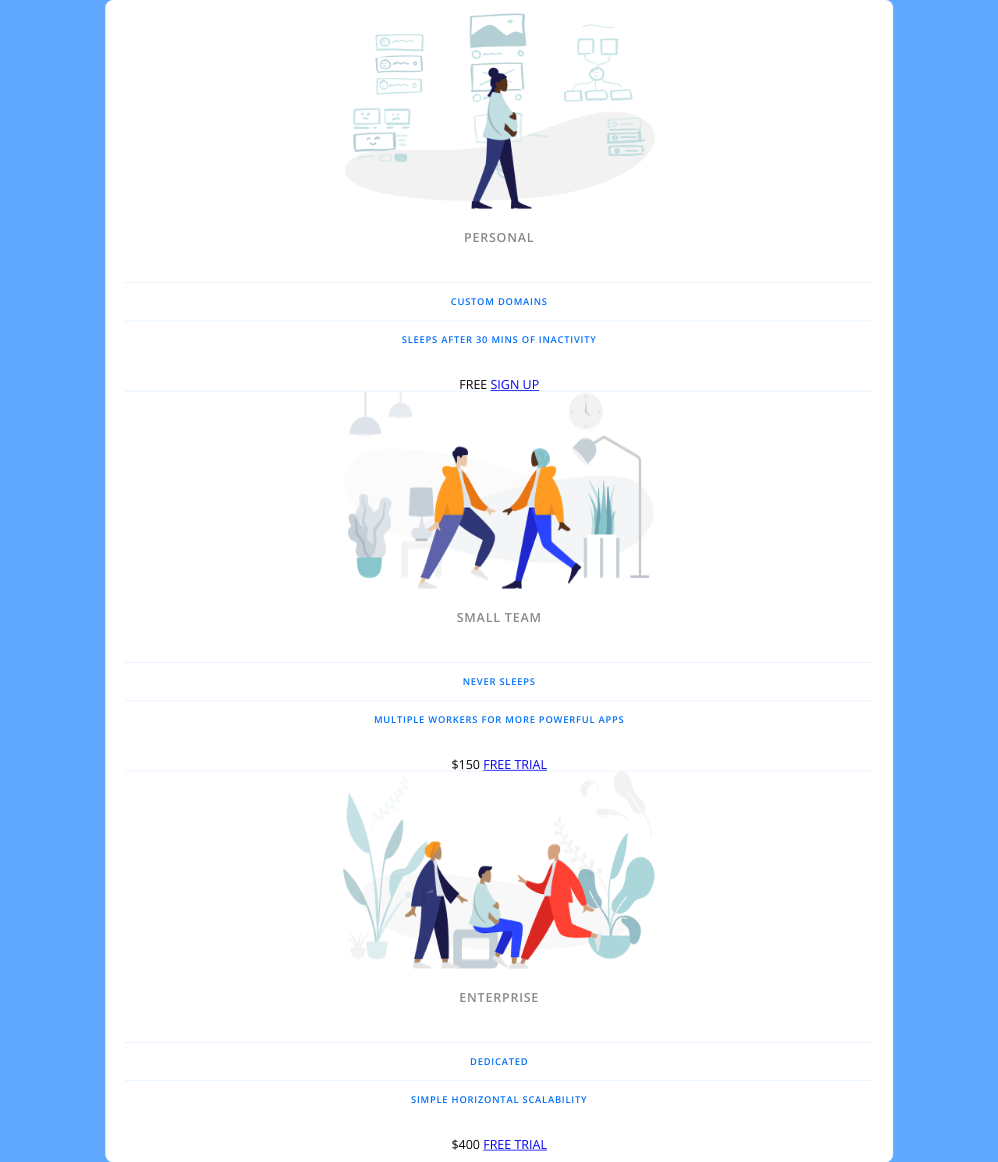
Repository: patrik-fredlund/pricing_panel_udemy
Page: PriceTableStarter/index.html
The author's editor kept a copy of each file at every save. The page is drawn from the files as they stood at one save, then again after the next save.
The browser window is 1280 px wide. The pictures show the whole page, at 78% of full size.

Above is the page before, as saved 2021-06-27 13:40:27.

After the next save:
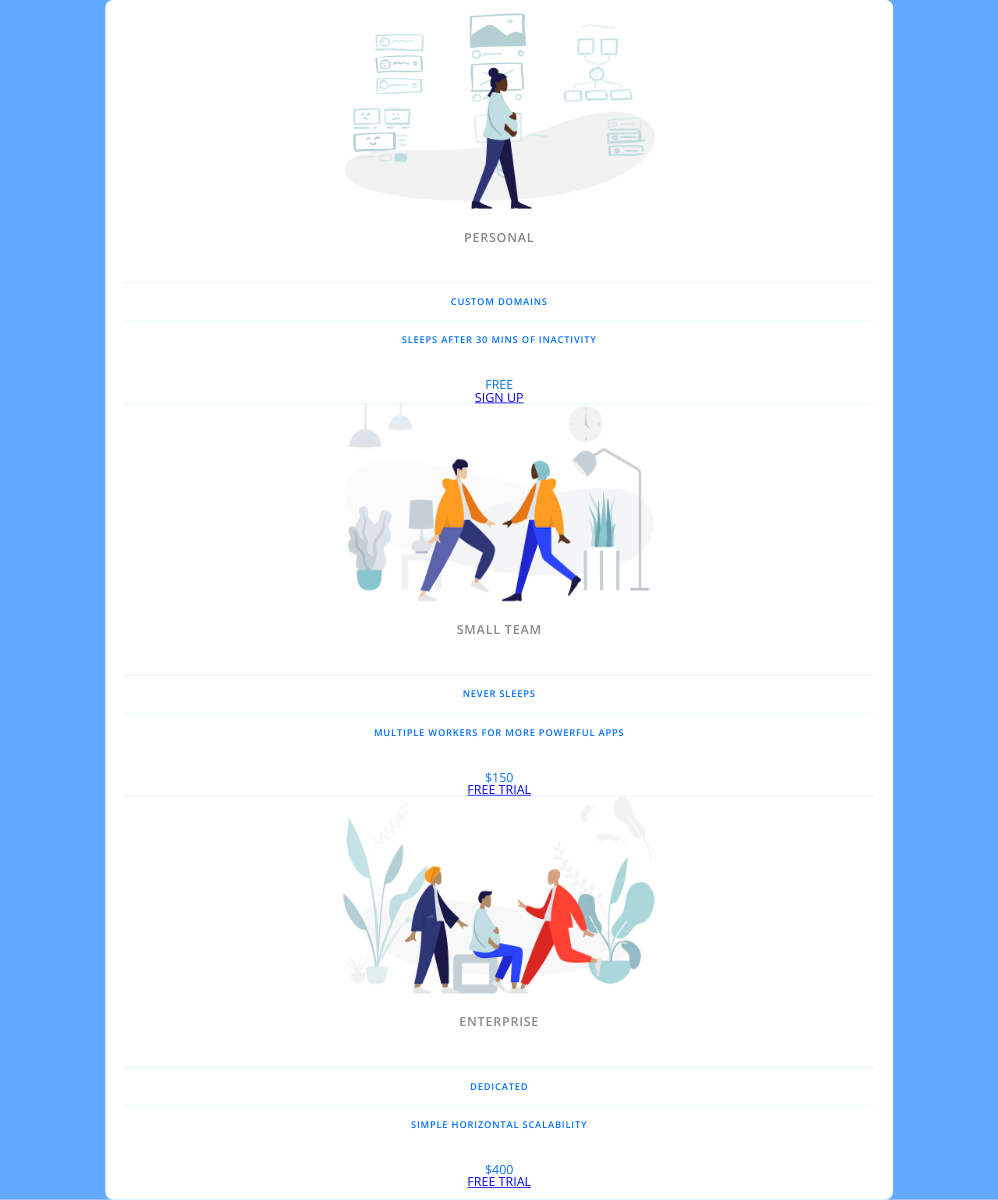
Saved 61 s later.
--- a/PriceTableStarter/app.css
+++ b/PriceTableStarter/app.css
@@ -110,4 +110,9 @@ body {
     padding: 15px 0;
     border-top: 1px solid #e1f1ff;;
 
-    }
+}
+
+.pricing-price {
+    color: #016ff9;
+    display: block;
+}
